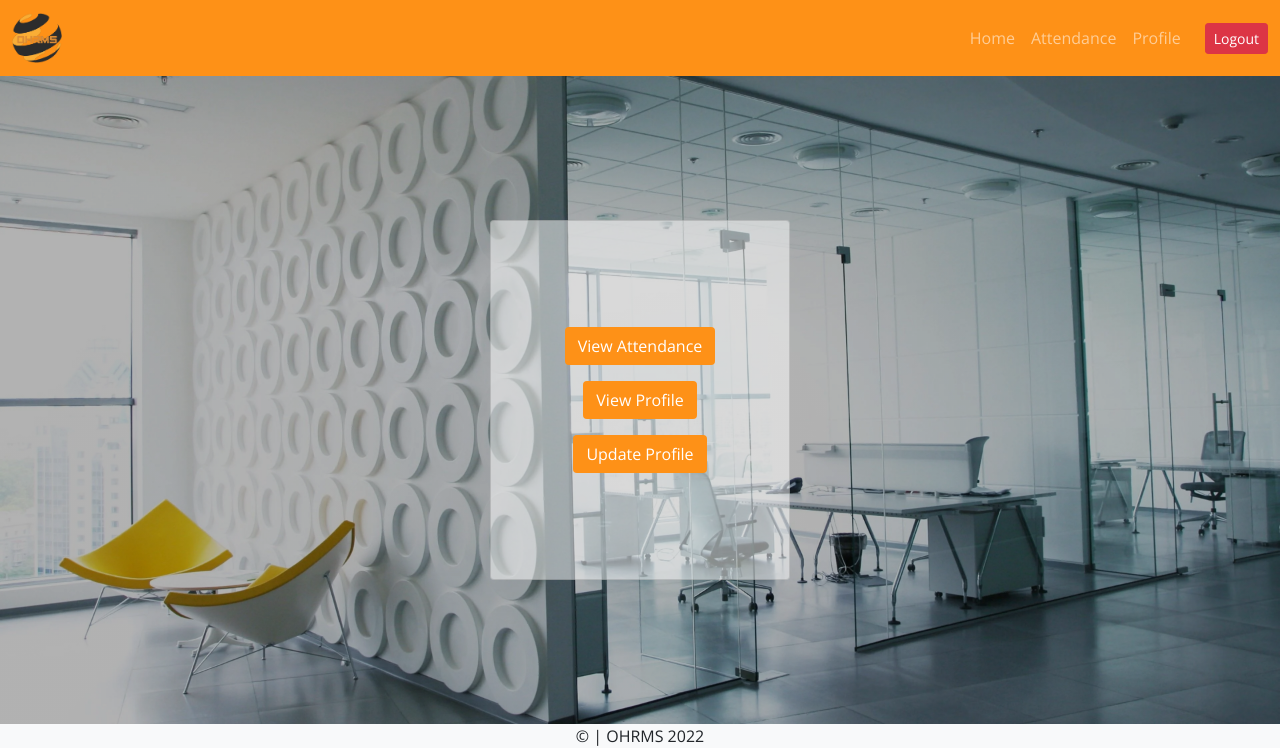
Repository: SaudCh/PHP-OHRMS
Page: http://localhost/index
These files come from the project's save history. The page is drawn as it stood at one moment and after the next save; the edit follows.
The browser window is 1280 px wide. The pictures show the whole page.
Some web libraries are served in a nearby version. The page is run by PHP 8.4 with error messages shown; the project is at /var/www/html/. The session is filled in as if someone had signed in: {"email": "miangee540@gmail.com"}.

Above is the page before, as saved 2022-06-07 00:27:15.
Console error: ReferenceError: jQuery is not defined

After the next save:
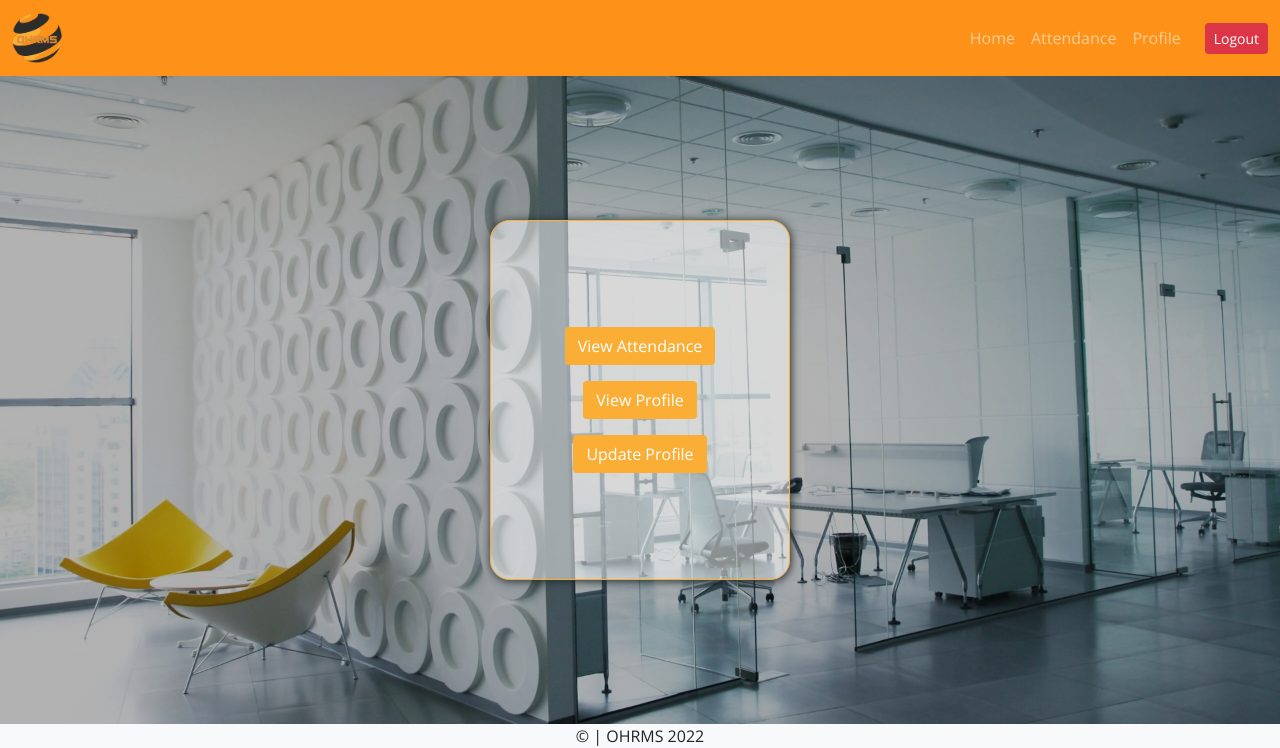
Saved 13 s later.
--- a/index.php
+++ b/index.php
@@ -36,10 +36,10 @@
 <body>
     <?php require "./assets/Components/header.php" ?>
     <div class="index-body">
-        <div class="card">
-            <a class="btn text-white my-2" style="background-color: #fe9117;"  href="attendance">View Attendance</a>
-            <a class="btn text-white my-2" style="background-color: #fe9117;" href="profile">View Profile</a>
-            <a class="btn text-white my-2" style="background-color: #fe9117;" href="update">Update Profile</a>
+        <div class="card cus-card">
+            <a class="btn text-white my-2" style="background-color: #faae36;" href="attendance">View Attendance</a>
+            <a class="btn text-white my-2" style="background-color: #faae36;" href="profile">View Profile</a>
+            <a class="btn text-white my-2" style="background-color: #faae36;" href="update">Update Profile</a>
         </div>
     </div>
     <?php require "./assets/Components/footer.php" ?>
